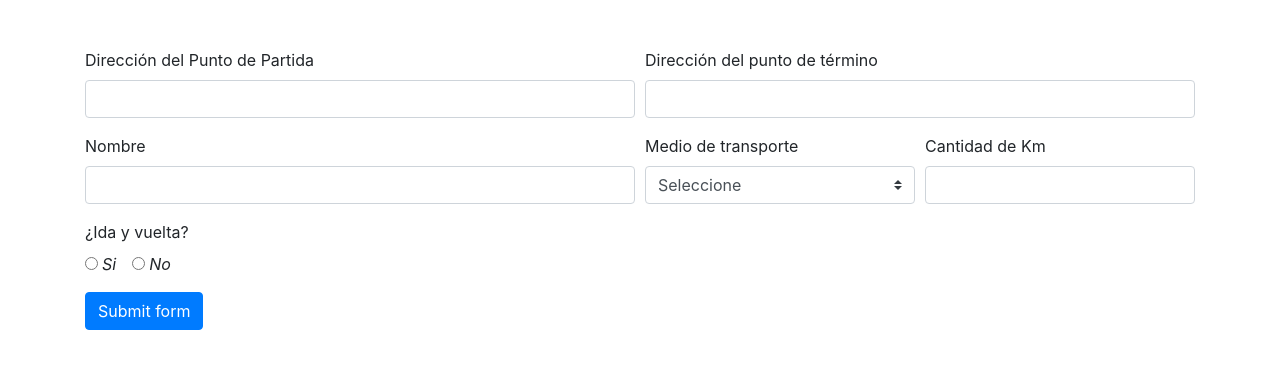
Repository: Jassan851031/foreachTask
Page: /
The author's editor kept a copy of each file at every save. The page is drawn from the files as they stood at one save, then again after the next save.
The browser window is 1280 px wide. The pictures show the whole page.
The project was rebuilt for these pictures with package versions that can differ from the ones it lists, and the page was loaded fresh each time. Also part of the build but not shown: src/App.css.

Above is the page before, as saved 2020-03-23 15:16:30.

### src/index.js
import React from 'react';
import ReactDOM from 'react-dom';
import 'bootstrap/dist/css/bootstrap.min.css';
import 'font-awesome/css/font-awesome.min.css';
import './index.css';
import App from './App';
import * as serviceWorker from './serviceWorker';


 // Add js files
 import 'jquery';
 import 'popper.js';
 import 'bootstrap';

ReactDOM.render(
  <React.StrictMode>
    <App />
  </React.StrictMode>,
  document.getElementById('root')
);

// If you want your app to work offline and load faster, you can change
// unregister() to register() below. Note this comes with some pitfalls.
// Learn more about service workers: https://bit.ly/CRA-PWA
serviceWorker.unregister();

### src/App.js
import React from 'react';
import './App.css';

function App() {
  return (
    <div className="container mt-5">
      <div className="row">
        <div className="col-md-12">
          <form>
            <div className="form-row">
              <div className="col-md-6 mb-3">
                <label for="validationDefault01">Dirección del Punto de Partida</label>
                <input type="text" className="form-control" id="validationDefault01" required />
              </div>
              <div className="col-md-6 mb-3">
                <label for="validationDefault02">Dirección del punto de término</label>
                <input type="text" className="form-control" id="validationDefault02" required />
              </div>
            </div>
            <div className="form-row">
              <div className="col-md-6 mb-3">
                <label for="validationDefault03">Nombre</label>
                <input type="text" className="form-control" id="validationDefault03" required />
              </div>
              <div className="col-md-3 mb-3">
                <label for="validationDefault04">Medio de transporte</label>
                <select className="custom-select" id="validationDefault04" required>
                  <option selected disabled value="">Seleccione</option>
                  <option value="1"> option 1</option>
                  <option value="1"> option 2</option>
                  <option value="1"> option 3</option>
                  <option value="1"> option 4</option>
                </select>
              </div>
              <div className="col-md-3 mb-3">
                <label for="validationDefault05">Cantidad de Km</label>
                <input type="text" className="form-control" id="validationDefault05" required />
              </div>
            </div>
            <div className="row">
              <div className="col-md-6">
                <div className="form-group">
                  <label className="form-label">¿Ida y vuelta?</label><br />
                  <input className="select mr-1" type="radio" name="idavuelta" value="ida" required />
                  <i className="si mr-3">Si</i>
                  <input className="select mr-1" type="radio" name="idavuelta" value="vuelta" required />
                  <i className="no">No</i>
                </div>
              </div>
            </div>
            <button className="btn btn-primary" type="submit">Submit form</button>
          </form>
        </div>
      </div>
    </div>
  );
}

export default App;

Loaded but not shown: public/index.html (common file); src/index.css (common file); src/serviceWorker.js (common file)

After the next save:
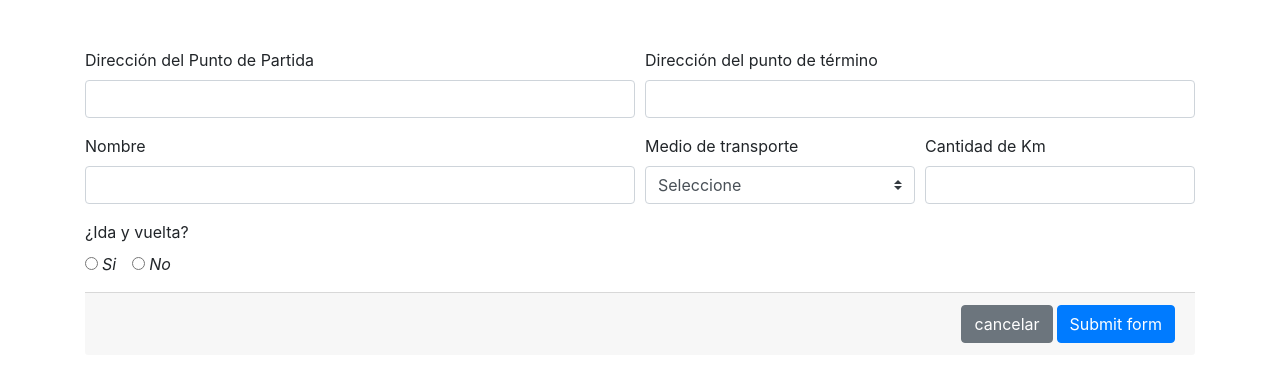
Saved 5 min 18 s later.
--- a/src/App.js
+++ b/src/App.js
@@ -48,7 +48,10 @@ function App() {
                 </div>
               </div>
             </div>
-            <button className="btn btn-primary" type="submit">Submit form</button>
+            <div className="card-footer text-right">
+              <button className="btn btn-secondary mr-1">cancelar</button>
+              <button className="btn btn-primary" type="submit">Submit form</button>
+            </div>
           </form>
         </div>
       </div>
